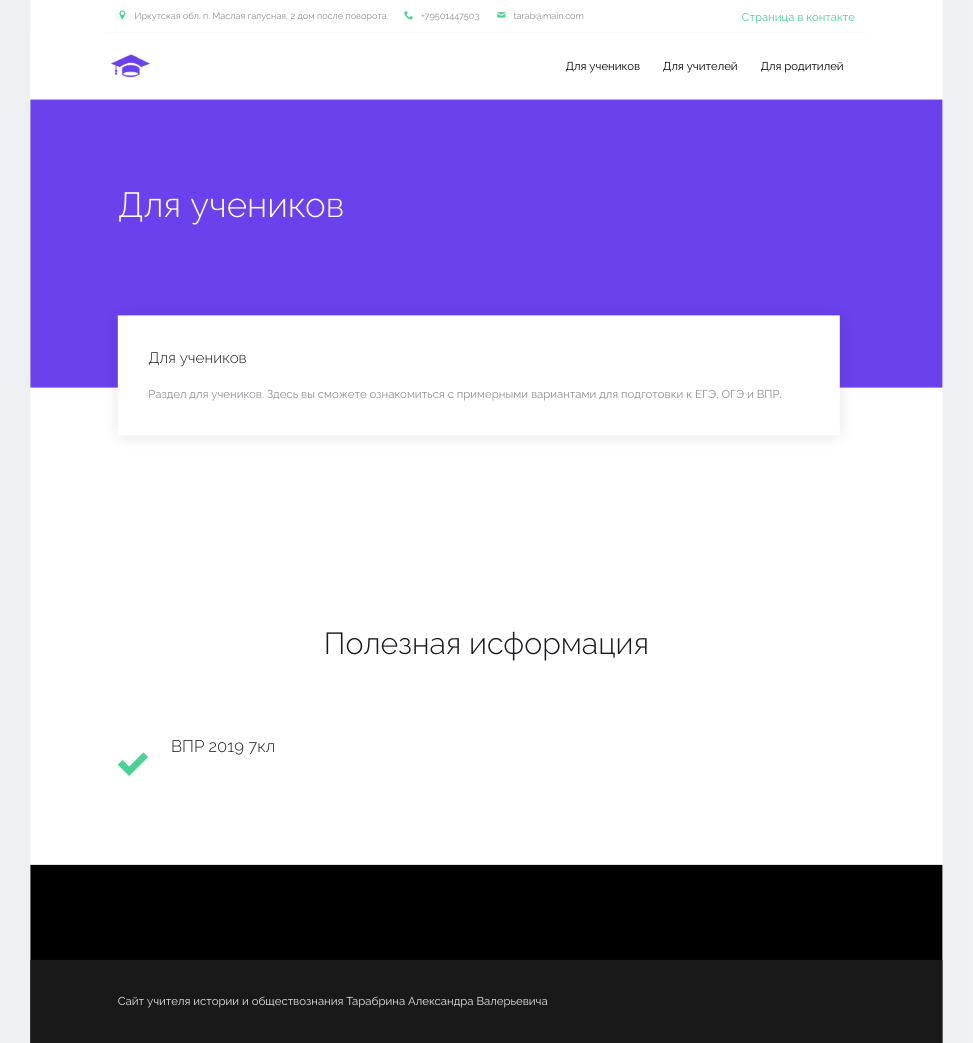
Repository: tarabrin-aleksander/tarabrin-aleksander
Page: pupil.html
The author's editor kept a copy of each file at every save. The page is drawn from the files as they stood at one save, then again after the next save.
The browser window is 1280 px wide. The pictures show the whole page, at 76% of full size.

Above is the page before, as saved 2020-01-24 14:53:24.

### pupil.html
<!DOCTYPE html>
<html lang="en">
  <head>
    <meta charset="utf-8">
    <meta name="viewport" content="width=device-width, initial-scale=1">
    <title>Сайт учителя истории и обществознания Тарабрина Александра Валерьевича</title>
    <meta name="description" content="Сайт учителя истории и обществознания Тарабрина Александра Валерьевича">
    <meta name="keywords" content="free website templates, free bootstrap themes, free template, free bootstrap, free website template">

    <link href="https://fonts.googleapis.com/css?family=Raleway:300,400,500,700|Open+Sans" rel="stylesheet">
    <link rel="stylesheet" href="css/styles-merged.css">
    <link rel="stylesheet" href="css/style.css">
    <link rel="stylesheet" href="css/custom.css">

    <!--[if lt IE 9]>
      <script src="js/vendor/html5shiv.min.js"></script>
      <script src="js/vendor/respond.min.js"></script>
    <![endif]-->
  </head>
  <body>

    <div class="probootstrap-page-wrapper">
      <!-- Fixed navbar -->

      <div class="probootstrap-header-top">
        <div class="container">
          <div class="row">
            <div class="col-lg-9 col-md-9 col-sm-9 probootstrap-top-quick-contact-info">
              <span><i class="icon-location2"></i>Иркутская обл. п. Маслая галусная, 2 дом после поворота</span>
              <span><i class="icon-phone2"></i>+79501447503</span>
              <span><i class="icon-mail"></i>tarab@main.com</span>
            </div>
            <div class="col-lg-3 col-md-3 col-sm-3 probootstrap-top-social">
              <ul>
                <li><a href="https://vk.com/rrrtarab">Страница в контакте</a></li>
              </ul>
            </div>
          </div>
        </div>
      </div>
      <nav class="navbar navbar-default probootstrap-navbar">
        <div class="container">
          <div class="navbar-header">
            <div class="btn-more js-btn-more visible-xs">
              <a href="#"><i class="icon-dots-three-vertical "></i></a>
            </div>
            <button type="button" class="navbar-toggle collapsed" data-toggle="collapse" data-target="#navbar-collapse" aria-expanded="false" aria-controls="navbar">
              <span class="sr-only">Toggle navigation</span>
              <span class="icon-bar"></span>
              <span class="icon-bar"></span>
              <span class="icon-bar"></span>
            </button>
            <a class="navbar-brand" href="index.html" title="Сайт учителя истории и обществознания Тарабрина Александра Валерьевича">Сайт учителя истории и обществознания Тарабрина Александра Валерьевича</a>
          </div>

          <div id="navbar-collapse" class="navbar-collapse collapse">
            <ul class="nav navbar-nav navbar-right">
              <li><a href="pupil.html">Для учеников</a></li>
              <li><a href="teachers.html">Для учителей</a></li>
              <li><a href="parent.html">Для родитилей</a></li>
            </ul>
          </div>
        </div>
      </nav>

      <section class="probootstrap-section probootstrap-section-colored">
        <div class="container">
          <div class="row">
            <div class="col-md-12 text-left section-heading probootstrap-animate">
              <h1>Для учеников</h1>
            </div>
          </div>
        </div>
      </section>

      <section class="probootstrap-section">
        <div class="container">
          <div class="row">
            <div class="col-md-12">
              <div class="probootstrap-flex-block">
                <div class="probootstrap-text probootstrap-animate" style="width: 100%;">
                  <h3>Для учеников</h3>
                  <p>Раздел для учеников. Здесь вы сможете ознакомиться с примерными вариантами для подготовки к ЕГЭ, ОГЭ и ВПР.</p>
                </div>
              </div>
            </div>
          </div>
        </div>
      </section>

      <section class="probootstrap-section">
        <div class="container">
          <div class="row">
            <div class="col-md-6 col-md-offset-3 text-center section-heading probootstrap-animate">
              <h2>Полезная исформация</h2>
            </div>
          </div>
          <div class="row">
            <div class="col-md-6">
              <a href="pdf/pupil/vpr-2019-obs-7kl-obrazets (2).pdf" class="service left-icon probootstrap-animate">
                <div class="icon"><i class="icon-checkmark"></i></div>
                <div class="text">
                  <h3>ВПР 2019 7кл</h3>
                </div>
              </a>

            <div class="col-md-6">


            </div>
          </div>
          <!-- END row -->
        </div>
      </section>
      <footer class="probootstrap-footer probootstrap-bg">
        <div class="probootstrap-copyright">
          <div class="container">
            <div class="row">
              <div class="col-md-8 text-left">
                <p>Сайт учителя истории и обществознания Тарабрина Александра Валерьевича</p>
              </div>
            </div>
          </div>
        </div>
      </footer>

    </div>
    <!-- END wrapper -->


    <script src="js/scripts.min.js"></script>
    <script src="js/main.min.js"></script>
    <script src="js/custom.js"></script>

  </body>
</html>

Loaded but not shown: css/styles-merged.css (library); css/custom.css (common file); js/scripts.min.js (library); js/main.min.js (library); js/custom.js (common file); css/style.css (3100 lines, source omitted)

After the next save:
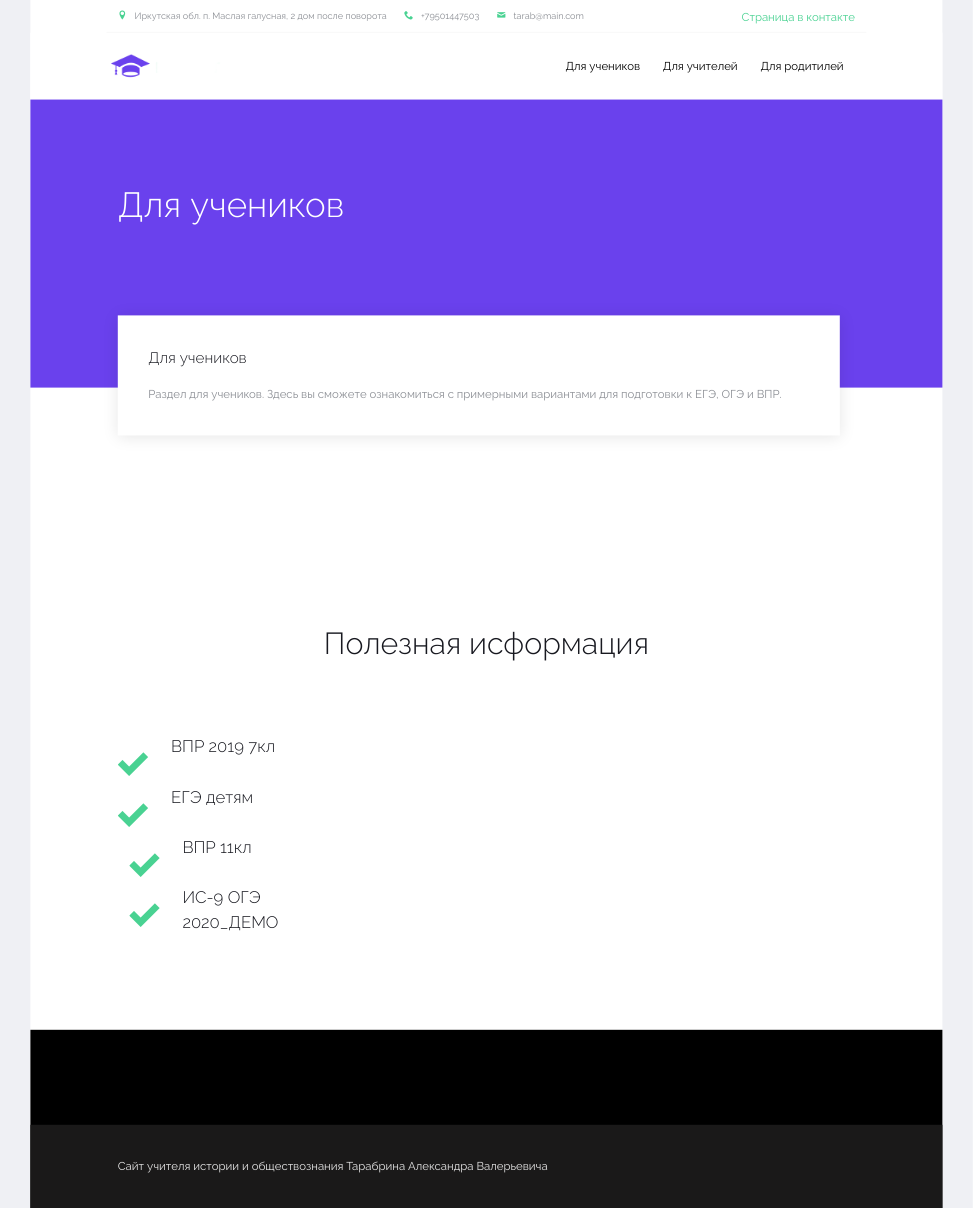
Saved 2 min 3 s later.
--- a/pupil.html
+++ b/pupil.html
@@ -103,10 +103,26 @@
                   <h3>ВПР 2019 7кл</h3>
                 </div>
               </a>
+              <a href="pdf/pupil/егэ детям.pdf" class="service left-icon probootstrap-animate">
+                <div class="icon"><i class="icon-checkmark"></i></div>
+                <div class="text">
+                  <h3>ЕГЭ детям</h3>
+                </div>
+              </a>
 
             <div class="col-md-6">
-
-
+              <a href="pdf/pupil/впр 11 кл.pdf" class="service left-icon probootstrap-animate">
+                <div class="icon"><i class="icon-checkmark"></i></div>
+                <div class="text">
+                  <h3>ВПР 11кл</h3>
+                </div>
+              </a>
+              <a href="pdf/pupil/ИС-9 ОГЭ 2020_ДЕМО.pdf" class="service left-icon probootstrap-animate">
+                <div class="icon"><i class="icon-checkmark"></i></div>
+                <div class="text">
+                  <h3>ИС-9 ОГЭ 2020_ДЕМО</h3>
+                </div>
+              </a>
             </div>
           </div>
           <!-- END row -->
